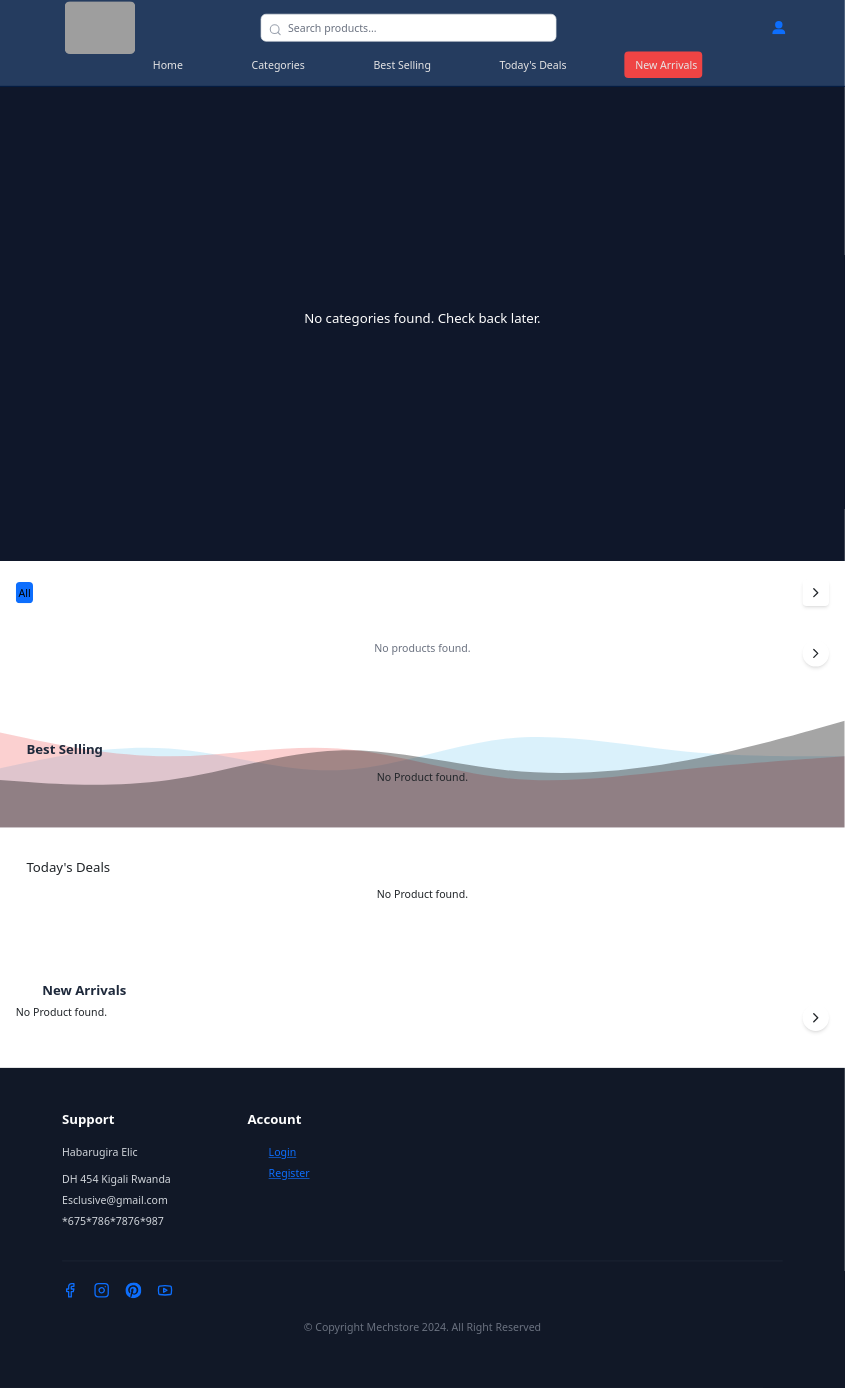
Repository: magicdeveloper250/future
Page: / (app in frontend/)
An editor plug-in stored every save of this project. The page is shown before and after the next save, followed by the edit.
The browser window is 1280 px wide. The pictures show the whole page, at 66% of full size.
Pictures or frames that could not be fetched are drawn as grey boxes. The page's requests for data from a server got no answer. The project was rebuilt for these pictures with package versions that can differ from the ones it lists, and the page was loaded fresh each time. No one was signed in, and anything a server would have sent is missing. Also part of the build but not shown: frontend/vite.config.js, frontend/src/hooks/useUser.js, frontend/src/components/Sidebar.jsx, frontend/src/components/Header.jsx, frontend/src/pages/DashboardPage.jsx, frontend/src/pages/ProductPage.jsx, frontend/src/components/ProductT.jsx, frontend/src/components/Card.jsx and 18 more.

Above is the page before, as saved 2025-03-26 15:58:21.

After the next save:
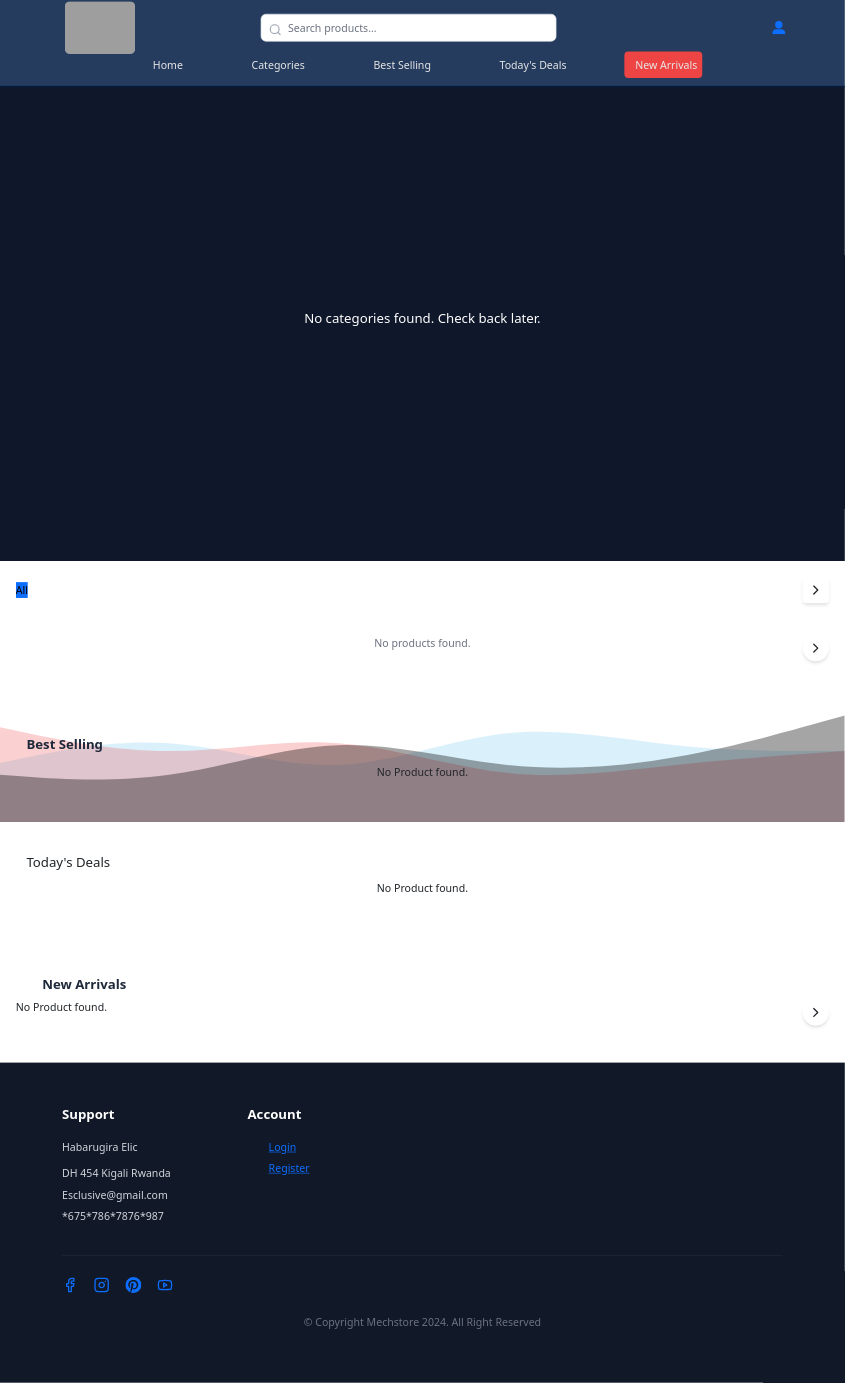
Saved 91 s later.
--- a/frontend/src/components/CategoriesScroller/CategoriesScroller.jsx
+++ b/frontend/src/components/CategoriesScroller/CategoriesScroller.jsx
@@ -65,7 +65,7 @@
               <button
                 key={type}
                 onClick={() => setSelectedFilter(type)}
-                className={`p-1 rounded-md transition-colors w-auto ${
+                className={` ${
                   selectedFilter === type
                     ? "bg-primary text-black"
                     : "bg-gray-100 hover:bg-gray-200 text-gray-800 "

After the save that followed:
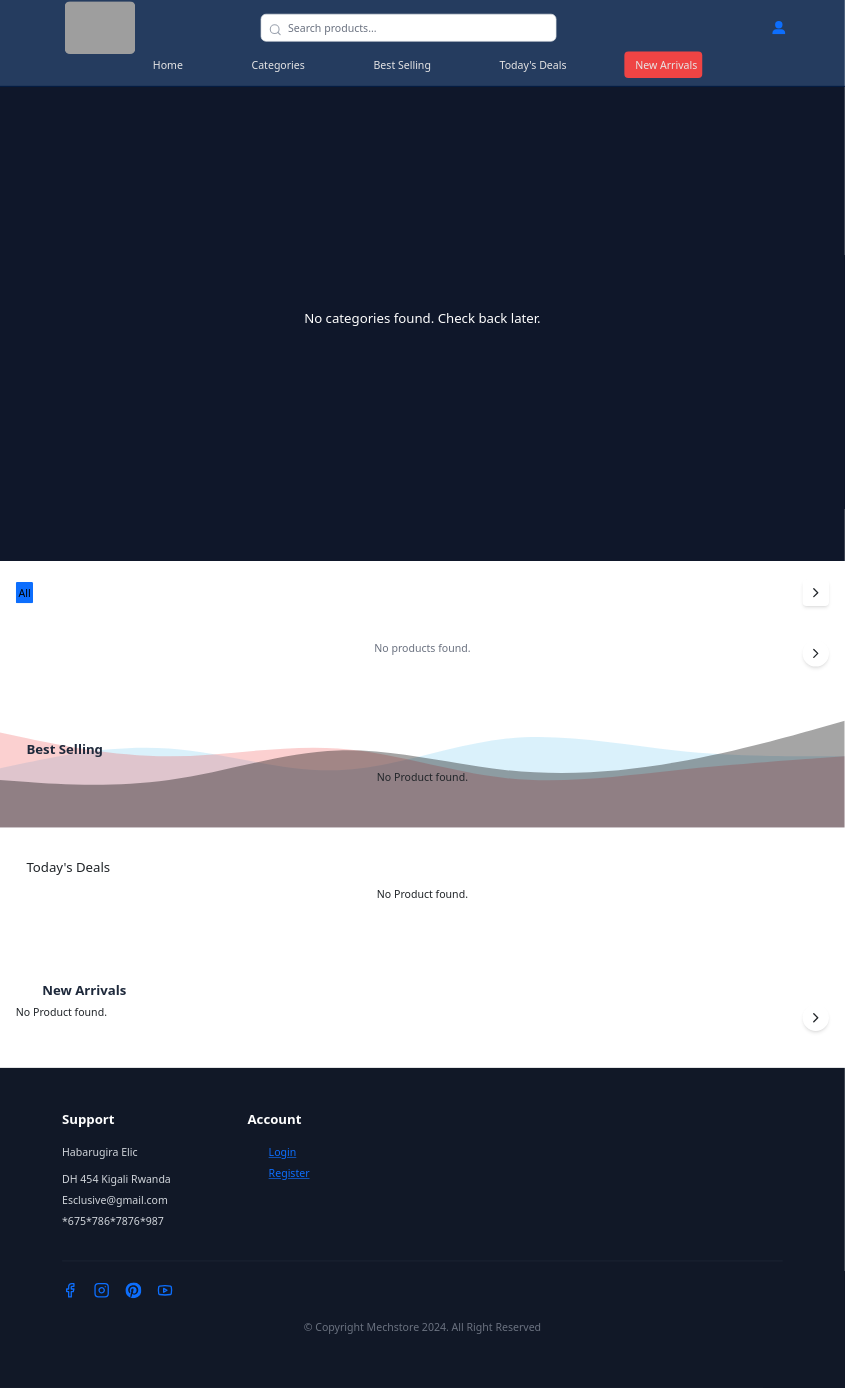
Saved 25 s later.
--- a/frontend/src/components/CategoriesScroller/CategoriesScroller.jsx
+++ b/frontend/src/components/CategoriesScroller/CategoriesScroller.jsx
@@ -65,7 +65,7 @@
               <button
                 key={type}
                 onClick={() => setSelectedFilter(type)}
-                className={` ${
+                className={`p-1 rounded-sm transition-colors w-auto ${
                   selectedFilter === type
                     ? "bg-primary text-black"
                     : "bg-gray-100 hover:bg-gray-200 text-gray-800 "
